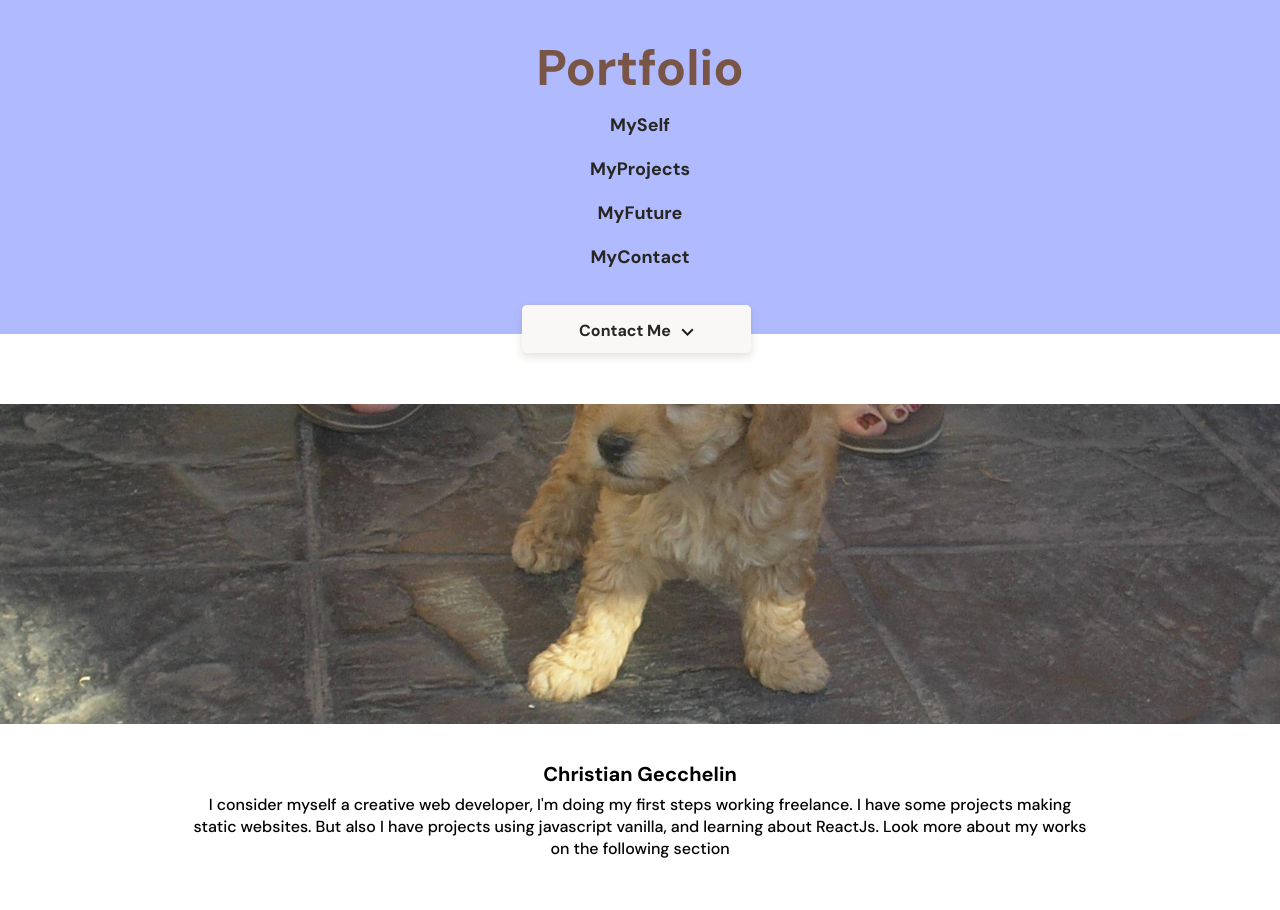
Repository: ChristianGecchelin/PortfolioOnline
Page: index.html
These files come from the project's save history. The page is drawn as it stood at one moment and after the next save; the edit follows.
The browser window is 1280 px wide. The pictures show the whole page.

Above is the page before, as saved 2022-01-08 20:24:57.

After the next save:
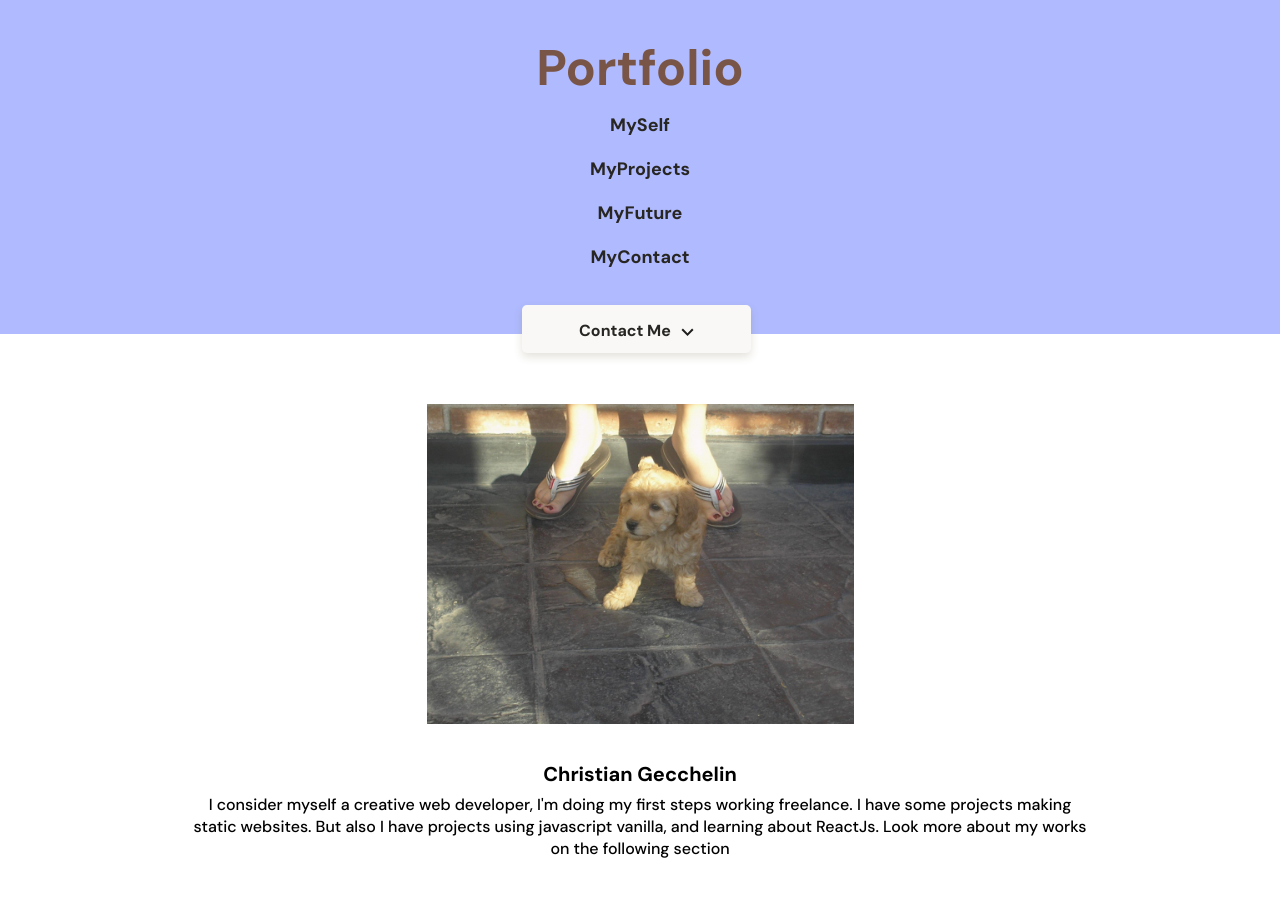
Saved 21 s later.
--- a/styles/styles.css
+++ b/styles/styles.css
@@ -104,7 +104,7 @@ main .principalContainer-mySelf {
   height: 320px; /* luego en las otras resos lo agrando */
   margin: 0 auto;
   background-image: url(../assets/images/IMG_4340.JPG);
-  background-size: cover;
+  background-size: contain;
   background-position: center;
   background-repeat: no-repeat;
 }
